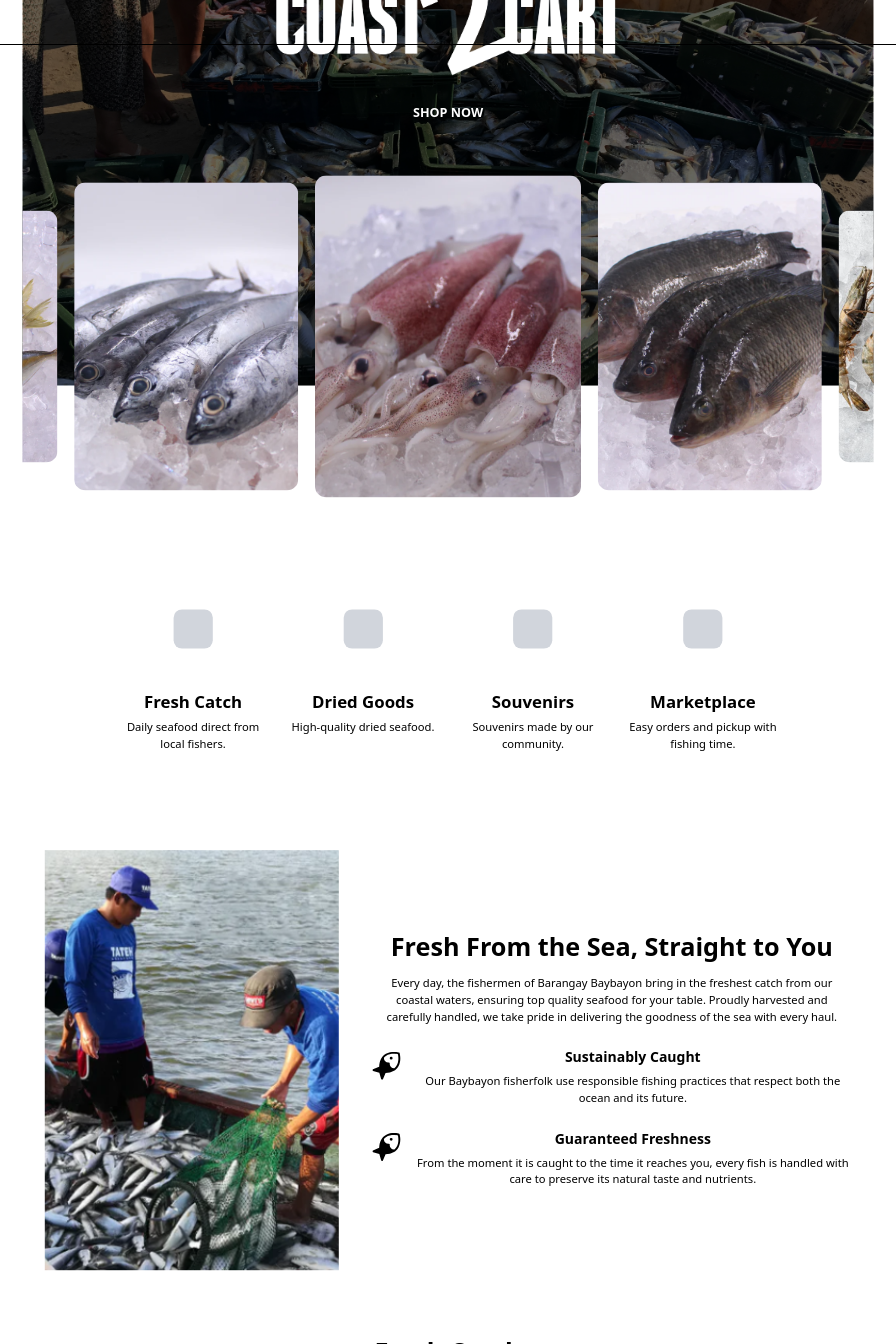
Repository: Coast2Card/coast2cart-frontend
Page: /
The author's editor kept a copy of each file at every save. The page is drawn from the files as they stood at one save, then again after the next save.
The browser window is 1280 px wide. The pictures show the part of the page from y = 302 to 2222 px (the page is 3037 px tall before and 3017 px after), at 70% of full size.
The project was rebuilt for these pictures with package versions that can differ from the ones it lists, and the page was loaded fresh each time. Also part of the build but not shown: vite.config.js, src/pages/Seafood.jsx, src/pages/Souvenirs.jsx, src/pages/About.jsx, src/pages/Cart.jsx, src/pages/Profile.jsx, src/pages/Colors.jsx.

Above is the page before, as saved 2025-09-08 13:59:25.

### index.html
<!DOCTYPE html>
<html lang="en" data-theme="coast2cart">
  <head>
    <meta charset="UTF-8" />
    <!-- <link rel="icon" type="image/svg+xml" href="/vite.svg" /> -->
    <meta name="viewport" content="width=device-width, initial-scale=1.0" />
    <title>Coast2Cart</title>
  </head>
  <body>
    <div id="root"></div>
    <script type="module" src="/src/main.jsx"></script>
  </body>
</html>

### src/App.jsx
import { Routes, Route } from "react-router-dom";
import Layout from "./components/Layout";
import Home from "./pages/Home";
import Seafood from "./pages/Seafood";
import Souvenirs from "./pages/Souvenirs";
import About from "./pages/About";
import Cart from "./pages/Cart";
import Profile from "./pages/Profile";
import Colors from "./pages/Colors";
import "./App.css";

function App() {
  return (
    <Routes>
      {/* Routes with shared layout */}
      <Route path="/" element={<Layout />}>
        <Route index element={<Home />} />
        <Route path="seafood" element={<Seafood />} />
        <Route path="souvenirs" element={<Souvenirs />} />
        <Route path="about" element={<About />} />
        <Route path="cart" element={<Cart />} />
        <Route path="profile" element={<Profile />} />
        <Route path="colors" element={<Colors />} />
      </Route>
    </Routes>
  );
}

export default App;

### src/components/Layout.jsx
import { Outlet } from "react-router-dom";
import Navbar from "./Navbar";

const Layout = () => {
  return (
    <div className="min-h-screen bg-base-200">
      {/* Navigation Header */}
      <Navbar />

      {/* Main Content */}
      <main className=" mx-auto  ">
        <Outlet />
      </main>

      {/* Footer */}
      <footer className="bg-base-100 border-t border-base-300 mt-auto">
        <div className="max-w-7xl mx-auto py-4 px-4 sm:px-6 lg:px-8">
          <p className="text-center text-base-content/70 text-sm">
            © 2024 Coast2Cart. All rights reserved.
          </p>
        </div>
      </footer>
    </div>
  );
};

export default Layout;

### src/pages/Home.jsx
import homeBanner from "../assets/images/home_banner.jpg";
import baybayonLogo from "../assets/logos/c2c_white_transparent.png";
import fish1 from "../assets/images/home_fish1.png";
import fish2 from "../assets/images/home_fish2.png";
import fish3 from "../assets/images/home_fish3.png";
import fish4 from "../assets/images/home_fish4.png";
import fish5 from "../assets/images/home_fish5.png";
import HomeFeatures from "../components/home/HomeFeatures";
import HomeFreshCatch from "../components/home/HomeFreshCatch";
import HomeGallery from "../components/home/HomeGallery";
const Home = () => {
  return (
    <main className="relative overflow-x-hidden">
      {/* Home Banner */}
      <section className="w-full h-[70vh] md:h-185 relative">
        <img
          src={homeBanner}
          alt="Home Banner"
          className="w-full h-full object-cover relative z-4"
          onError={(e) => {
            console.log("Image failed to load:", homeBanner);
            e.target.style.display = "none";
          }}
          onLoad={() => console.log("Image loaded successfully:", homeBanner)}
        />

        <div className="absolute inset-0 bg-black opacity-60 z-10"></div>

        <div className="absolute inset-0 z-20 flex items-start py-20 justify-center">
          <div className="text-center text-white">
            <h1 className="text-xl sm:text-2xl  font-extrabold font-display mb-[-15px] sm:mb-[-30px] md:mb-[-35px] lg:mb-[-30px]">
              Sea the best of Baybayon, from
            </h1>
            <img
              className="w-6/8 max-w-120 sm:w-6/8 md:4/8 lg:3/8 md:max-w-170 h-auto mx-auto "
              src={baybayonLogo}
            />
            <button className="mt-0 sm:mt-[-10px] b-20 bg-secondary text-primary uppercase px-6 py-2 rounded-full text-md sm:text-lg font-semibold hover:bg-secondary/90 transition-colors">
              Shop Now
            </button>
          </div>
        </div>
      </section>
      <section className=" relative overflow-hidden w-[140vw] flex items-center justify-center gap-4 sm:gap-6 mb-25   z-30 -mt-51 md:-mt-70 lg:-mt-75 left-1/2 -translate-x-1/2">
        <img
          src={fish1}
          alt="Fish 1"
          className="min-w-20 h-40 md:w-65 md:h-90  object-cover rounded-2xl"
        />
        <img
          src={fish2}
          alt="Fish 2"
          className="min-w-35 h-55  md:w-80 md:h-110 object-cover rounded-2xl"
        />
        <img
          src={fish3}
          alt="Fish 3"
          className="min-w-46 h-70 md:w-95 md:h-115 object-cover rounded-2xl"
        />
        <img
          src={fish4}
          alt="Fish 4"
          className="min-w-35 h-55 md:w-80 md:h-110 object-cover rounded-2xl"
        />
        <img
          src={fish5}
          alt="Fish 5"
          className="min-w-20 h-40 md:w-65 md:h-90 object-cover rounded-2xl"
        />
      </section>
      <section className="max-w-8xl mx-auto p-4 flex flex-col">
        <HomeFeatures className="mb-25" />
        <HomeGallery />
        <HomeFreshCatch />
      </section>
    </main>
  );
};

export default Home;

### src/components/Navbar.jsx
import { Link, useLocation } from "react-router-dom";
import { useState } from "react";
import { navLinks } from "../data/navigation";
import c2cLogo from "../assets/logos/c2c_transparent.png";
import searchIcon from "../assets/icons/search.png";
import cartIcon from "../assets/icons/cart.png";
import profileIcon from "../assets/icons/profile.png";
import commentIcon from "../assets/icons/comment.png";
const Navbar = () => {
  const location = useLocation();
  const [isMobileMenuOpen, setIsMobileMenuOpen] = useState(false);

  const isActive = (path) => {
    return location.pathname === path;
  };

  const toggleMobileMenu = () => {
    setIsMobileMenuOpen(!isMobileMenuOpen);
  };

  const closeMobileMenu = () => {
    setIsMobileMenuOpen(false);
  };

  return (
    <nav className="bg-base-300 shadow-lg py-2 sticky top-0 z-50">
      <div className="mx-auto px-6 sm:px-6 lg:px-8">
        <div className="flex justify-between h-16">
          <div className="flex items-center">
            <Link to="/" className="flex-shrink-0">
              <img src={c2cLogo} alt="Coast2Cart" className="h-17" />
            </Link>
          </div>

          {/* Desktop Navigation */}
          <div className="hidden md:flex items-center space-x-8">
            {navLinks.map((link) => (
              <Link
                key={link.path}
                to={link.path}
                className={`px-3 py-2 rounded-md text-md font-bold transition-colors ${
                  isActive(link.path)
                    ? " text-accent after:content-[''] after:block after:w-full after:h-0.5 after:bg-accent after:rounded-full"
                    : "text-black hover:text-primary hover:bg-base-200"
                }`}
              >
                {link.label}
              </Link>
            ))}
          </div>

          {/* Desktop Icons - Hidden on mobile */}
          <div className="hidden md:flex items-center gap-4 lg:gap-6">
            <img
              src={searchIcon}
              alt="Search"
              className="h-5 w-5 lg:h-5.5 lg:w-5.5 hover:cursor-pointer hover:opacity-60 transition-opacity duration-300"
            />
            <img
              src={commentIcon}
              alt="Comment"
              className="h-5 w-5 lg:h-5.5 lg:w-5.5 hover:cursor-pointer hover:opacity-60 transition-opacity duration-300"
            />
            <img
              src={cartIcon}
              alt="Cart"
              className="h-5 w-5 lg:h-5.5 lg:w-5.5 hover:cursor-pointer hover:opacity-60 transition-opacity duration-300"
            />
            <img
              src={profileIcon}
              alt="Profile"
              className="h-5 w-5 lg:h-5.5 lg:w-5.5 hover:cursor-pointer hover:opacity-60 transition-opacity duration-300"
            />
          </div>

          {/* Mobile menu button */}
          <div className="md:hidden flex items-center">
            <button
              onClick={toggleMobileMenu}
              className="inline-flex items-center justify-center p-2 rounded-md text-base-content hover:text-primary hover:bg-base-200 focus:outline-none focus:ring-2 focus:ring-inset focus:ring-primary"
              aria-expanded="false"
            >
              <span className="sr-only">Open main menu</span>
              {!isMobileMenuOpen ? (
                <svg
                  className="block h-6 w-6"
                  xmlns="http://www.w3.org/2000/svg"
                  fill="none"
                  viewBox="0 0 24 24"
                  stroke="currentColor"
                  aria-hidden="true"
                >
                  <path
                    strokeLinecap="round"
                    strokeLinejoin="round"
                    strokeWidth="2"
                    d="M4 6h16M4 12h16M4 18h16"
                  />
                </svg>
              ) : (
                <svg
                  className="block h-6 w-6"
                  xmlns="http://www.w3.org/2000/svg"
                  fill="none"
                  viewBox="0 0 24 24"
                  stroke="currentColor"
                  aria-hidden="true"
                >
                  <path
                    strokeLinecap="round"
                    strokeLinejoin="round"
                    strokeWidth="2"
                    d="M6 18L18 6M6 6l12 12"
                  />
                </svg>
              )}
            </button>
          </div>
        </div>
      </div>

      {/* Mobile Navigation Menu */}
      <div className={`md:hidden ${isMobileMenuOpen ? "block" : "hidden"}`}>
        <div className="px-2 pt-2 pb-3 space-y-1 sm:px-3 bg-base-100 border-t border-base-300">
          {navLinks.map((link) => (
            <Link
              key={link.path}
              to={link.path}
              onClick={closeMobileMenu}
              className={`block px-3 py-2 rounded-md text-base font-medium transition-colors ${
                isActive(link.path)
                  ? "bg-primary text-primary-content"
                  : "text-base-content hover:text-primary hover:bg-base-200"
              }`}
            >
              {link.label}
            </Link>
          ))}

          {/* Mobile Icons */}
          <div className="flex items-center justify-center gap-6 pt-4 border-t border-base-300 mt-4">
            <img
              src={searchIcon}
              alt="Search"
              className="h-6 w-6 hover:cursor-pointer hover:opacity-60 transition-opacity duration-300"
            />
            <img
              src={commentIcon}
              alt="Comment"
              className="h-6 w-6 hover:cursor-pointer hover:opacity-60 transition-opacity duration-300"
            />
            <img
              src={cartIcon}
              alt="Cart"
              className="h-6 w-6 hover:cursor-pointer hover:opacity-60 transition-opacity duration-300"
            />
            <img
              src={profileIcon}
              alt="Profile"
              className="h-6 w-6 hover:cursor-pointer hover:opacity-60 transition-opacity duration-300"
            />
          </div>
        </div>
      </div>
    </nav>
  );
};

export default Navbar;

### src/components/home/HomeFeatures.jsx
import cartIcon from "../../assets/icons/cart.png";
import commentIcon from "../../assets/icons/comment.png";
import profileIcon from "../../assets/icons/profile.png";
import searchIcon from "../../assets/icons/search.png";

const features = [
  {
    icon: cartIcon,
    title: "Fresh Catch",
    description: "Daily seafood direct from local fishers.",
  },
  {
    icon: searchIcon,
    title: "Dried Goods",
    description: "High-quality dried seafood.",
  },
  {
    icon: commentIcon,
    title: "Souvenirs",
    description: "Souvenirs made by our community.",
  },
  {
    icon: profileIcon,
    title: "Marketplace",
    description: "Easy orders and pickup with fishing time.",
  },
];

const HomeFeatures = ({ className = "" }) => {
  return (
    <article className={` mx-auto w-full ${className}`}>
      <section className="grid grid-cols-1 sm:grid-cols-2 space-y-6 lg:grid-cols-4 gap-6 sm:w-[95%] lg:w-[90%] xl:w-[80%] mx-auto">
        {features.map((item, index) => (
          <div
            key={index}
            className="flex flex-col items-center justify-start gap-2"
          >
            <div className="bg-accent mb-2 p-11 sm:p-11 flex justify-center items-center rounded-full">
              <div className="bg-gray-300 rounded-xl p-1 h-14 w-14"></div>
            </div>
            <h3 className="text-2xl font-bold text-primary">{item.title}</h3>
            <h3 className="text-md text-center">{item.description}</h3>
          </div>
        ))}
      </section>
    </article>
  );
};

export default HomeFeatures;

### src/components/home/HomeFreshCatch.jsx
const freshCatchItems = [
  {
    id: 1,
    price: "₱360/kg",
    name: "Dalagang Bukid Bilog",
    description: "Fresh Chilled Twinstripe Fusilier",
    image: null,
  },
  {
    id: 2,
    price: "₱420/kg",
    name: "Bangus",
    description: "Fresh milkfish from local farms",
    image: null,
  },
  {
    id: 3,
    price: "₱520/kg",
    name: "Bisugo",
    description: "Premium cuts, freshly caught",
    image: null,
  },
  {
    id: 4,
    price: "₱300/kg",
    name: "Hasa-hasa",
    description: "Locally sourced mackerel",
    image: null,
  },
];

const HomeFreshCatch = ({ className = "" }) => {
  return (
    <div className={`flex flex-col text-center ${className}`}>
      <h1 className="text-4xl font-bold text-accent mb-10">Fresh Catch</h1>
      <section className="grid grid-cols-1 sm:grid-cols-2 xl:grid-cols-4  gap-6 mb-8">
        {freshCatchItems.map((item) => (
          <div
            key={item.id}
            className="flex flex-col shadow-md overflow-hidden rounded-3xl"
          >
            <div className="bg-gray-100 h-80 flex items-center justify-center text-gray-400">
              Placeholder
            </div>
            <div className="bg-white p-6  flex flex-col gap-2 text-center items-center justify-center">
              <h3 className="text-success text-2xl font-bold">{item.price}</h3>
              <h3 className="text-black font-bold text-xl">{item.name}</h3>
              <p className="text-md">{item.description}</p>
            </div>
          </div>
        ))}
      </section>
      <div className="mb-20">
        <button className="bg-secondary text-primary uppercase px-6 py-2 rounded-full text-md font-semibold hover:bg-secondary/90 transition-colors">
          View All
        </button>
      </div>
    </div>
  );
};

export default HomeFreshCatch;

### src/components/home/HomeGallery.jsx
import React from "react";
import homeGallery1 from "../../assets/images/home_gallery1.png";
import FishIcon from "../icons/FishIcon";
const HomeGallery = () => {
  return (
    <div className="w-full flex flex-col sm:flex-row gap-9 lg:gap-12 p-4 mb-20 items-center justify-center mx-auto max-w-7xl  ">
      <div className="flex flex-1 min-w-75 sm:h-150 md:min-w-105  w-full md:h-150 bg-blue-100 ">
        <img src={homeGallery1} className="w-full h-full object-cover  " />
      </div>
      <div className=" flex flex-col min-w-20 max-w-200  gap-4 justify-center">
        <h2 className="font-bold text-3xl lg:text-4xl text-primary mb-1">
          Fresh From the Sea, Straight to You
        </h2>
        <p className="text-md mb-4">
          Every day, the fishermen of Barangay Baybayon bring in the freshest
          catch from our coastal waters, ensuring top quality seafood for your
          table. Proudly harvested and carefully handled, we take pride in
          delivering the goodness of the sea with every haul.
        </p>
        <div className="flex items-start gap-4 text-primary mb-4">
          <div className="max-h-22 min-w-11 font-bold pt-0.5">
            <FishIcon />
          </div>
          <div className="flex flex-col">
            <h3 className="font-bold text-xl mb-2">Sustainably Caught</h3>
            <p className="text-black">
              Our Baybayon fisherfolk use responsible fishing practices that
              respect both the ocean and its future.
            </p>
          </div>
        </div>
        <div className="flex items-start gap-4 text-primary">
          <div className="max-h-22 min-w-11 font-bold pt-0.5">
            <FishIcon />
          </div>
          <div className="flex flex-col">
            <h3 className="font-bold text-xl mb-2">Guaranteed Freshness</h3>
            <p className="text-black">
              From the moment it is caught to the time it reaches you, every
              fish is handled with care to preserve its natural taste and
              nutrients.
            </p>
          </div>
        </div>
      </div>
    </div>
  );
};

export default HomeGallery;

### src/data/navigation.js
// Navigation links data
export const navLinks = [
  { path: "/", label: "Home" },
  { path: "/seafood", label: "Seafood" },
  { path: "/souvenirs", label: "Souvenirs" },
  { path: "/about", label: "About" },
  // { path: "/cart", label: "Cart" },
  // { path: "/profile", label: "Profile" },
  // { path: "/colors", label: "Colors" },
];

### src/components/icons/FishIcon.jsx
import React from "react";

const FishIcon = () => {
  return (
    <div>
      <svg
        xmlns="http://www.w3.org/2000/svg"
        viewBox="0 0 256 256"
        className="text-primary fill-primary"
      >
        <rect width="256" height="256" fill="none" />
        <path d="M168,76a12,12,0,1,1-12-12A12,12,0,0,1,168,76Zm48.72,67.64c-19.37,34.9-55.44,53.76-107.24,56.1l-22,51.41A8,8,0,0,1,80.1,256l-.51,0a8,8,0,0,1-7.19-5.78L57.6,198.39,5.8,183.56a8,8,0,0,1-1-15.05l51.41-22c2.35-51.78,21.21-87.84,56.09-107.22,24.75-13.74,52.74-15.84,71.88-15.18,18.64.64,36,4.27,38.86,6a8,8,0,0,1,2.83,2.83c1.69,2.85,5.33,20.21,6,38.85C232.55,90.89,230.46,118.89,216.72,143.64Zm-4.3-100.07c-14.15-3-64.1-11-100.3,14.75a81.21,81.21,0,0,0-16,15.07,36,36,0,0,0,39.35,38.44,8,8,0,0,1,8.73,8.73,36,36,0,0,0,38.47,39.34,80.81,80.81,0,0,0,15-16C223.42,107.73,215.42,57.74,212.42,43.57Z" />
      </svg>
    </div>
  );
};

export default FishIcon;

Loaded but not shown: src/main.jsx (common file); src/index.css (common file); src/App.css (common file)

After the next save:
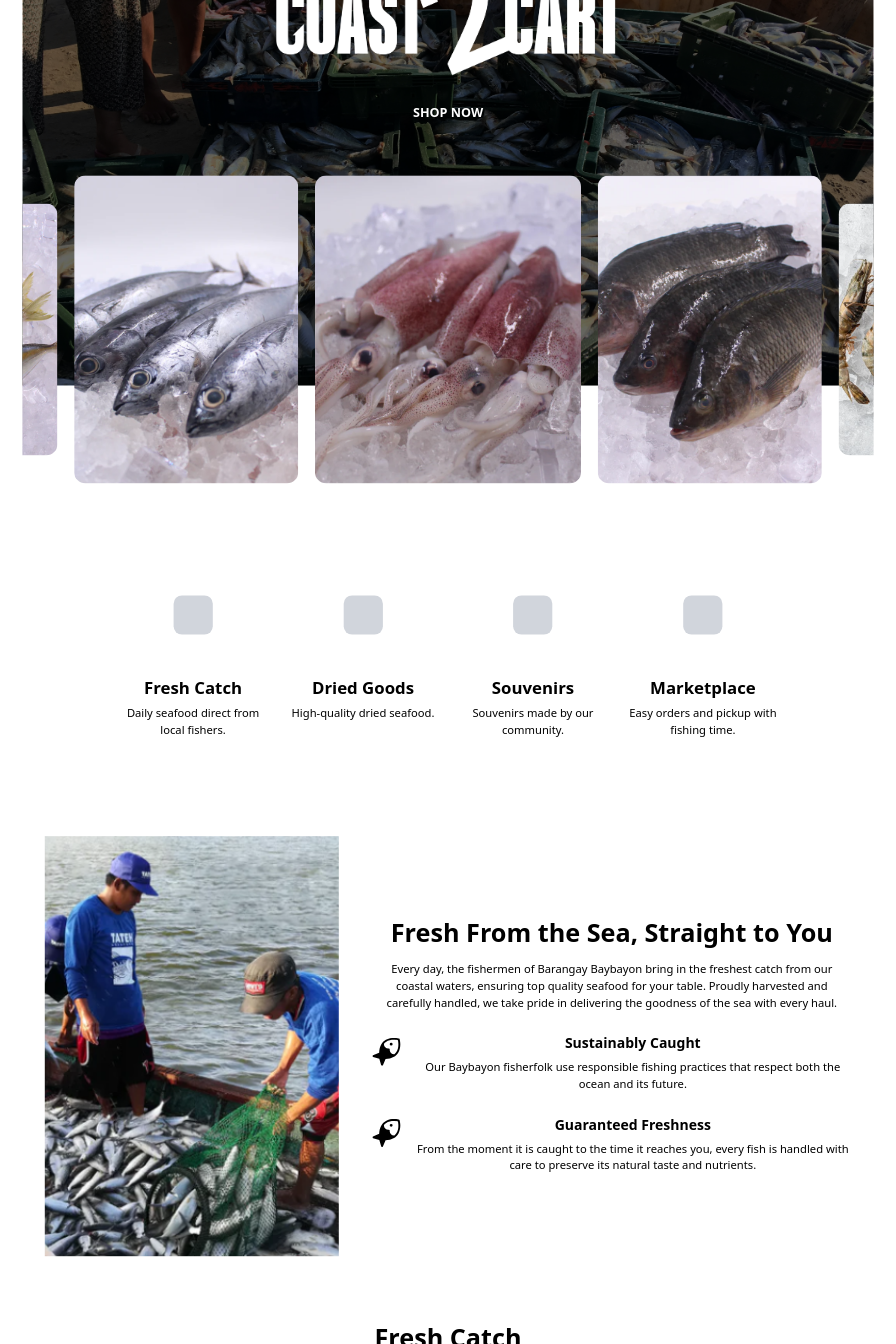
Saved 9 s later.
--- a/src/pages/Home.jsx
+++ b/src/pages/Home.jsx
@@ -55,7 +55,7 @@ const Home = () => {
         <img
           src={fish3}
           alt="Fish 3"
-          className="min-w-46 h-70 md:w-95 md:h-115 object-cover rounded-2xl"
+          className="min-w-46 h-70 md:w-95 md:h-110 object-cover rounded-2xl"
         />
         <img
           src={fish4}
